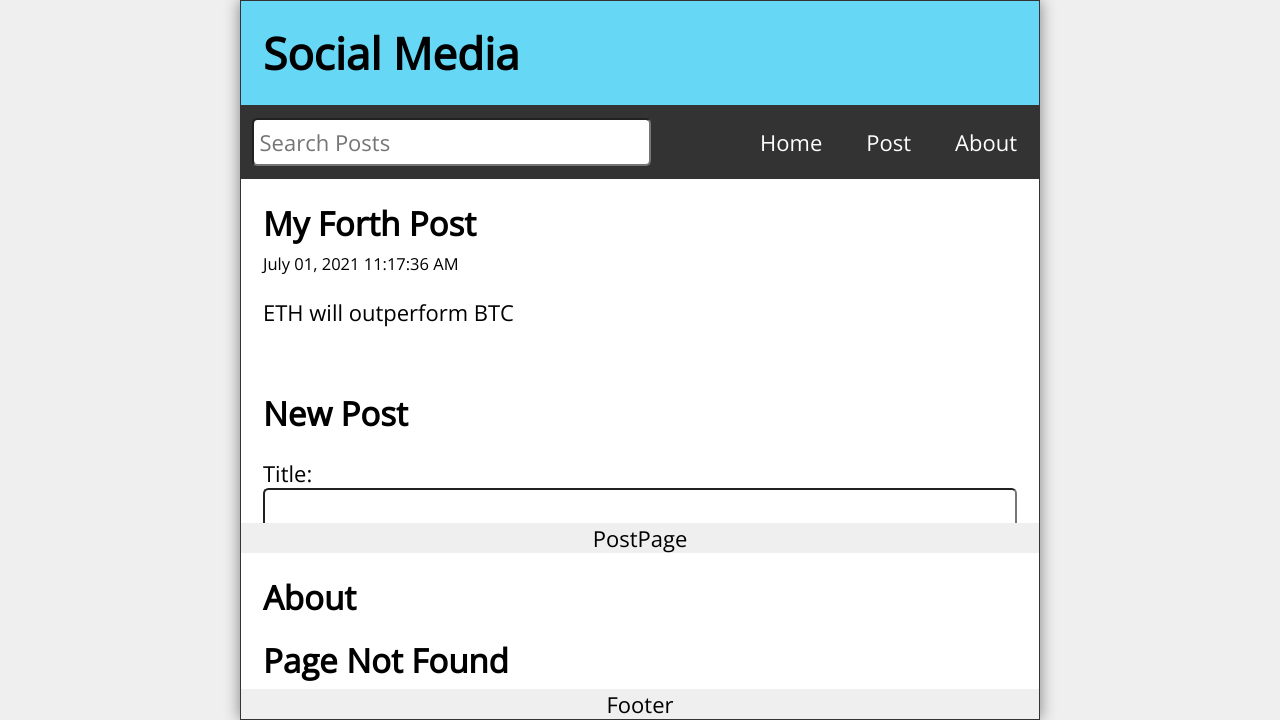
Repository: Kisho14/react_social_app_netlify
Page: /post
An editor plug-in stored every save of this project. The page is shown before and after the next save, followed by the edit.
The browser window is 1280 px wide. The pictures show the whole page.
The project was rebuilt for these pictures with package versions that can differ from the ones it lists, and the page was loaded fresh each time.

Above is the page before, as saved 2024-02-06 10:57:26.

### src/App.js
import Header from './Header.js';
import Footer from './Footer.js';
import Nav from './Nav.js';
import Home from './Home.js';
import Missing from './Missing.js';
import NewPost from './NewPost.js';
import PostPage from './PostPage.js';
import About from './About.js';
import { useEffect, useState } from 'react';
import { format } from 'date-fns';

function App() {
  const [posts, setPosts] = useState([
    {
      id: 1,
      title: "My First Post",
      datetime: "July 01, 2021 11:17:36 AM",
      body: "Made a video about Tesla Q1 results"
    },
    {
      id: 2,
      title: "My 2nd Post",
      datetime: "July 01, 2021 11:17:36 AM",
      body: "I attended a DeFi blockchain event"
    },
    {
      id: 3,
      title: "My 3rd Post",
      datetime: "July 01, 2021 11:17:36 AM",
      body: "Web3 global summit next week"
    },
    {
      id: 4,
      title: "My Forth Post",
      datetime: "July 01, 2021 11:17:36 AM",
      body: "ETH will outperform BTC"
    }
  ])
  const [search, setSearch] = useState('')
  const [searchResults, setSearchResults] = useState([])
  const [postTitle, setPostTitle] = useState('');
  const [postBody, setPostBody] = useState('');

  useEffect(()=>{
    const filteredResults = posts.filter((post)=>
    ((post.body).toLowerCase()).includes(search.toLowerCase())
    || ((post.title).toLowerCase()).includes(search.toLowerCase()));

    setSearchResults(filteredResults.reverse());
  }, [posts, search])

  const handleSubmit = (e) => {
    e.preventDefault();
    const id = posts.length ? posts[posts.length - 1].id + 1: 1;
    const datetime = format(new Date(), 'MMMM dd, yyyy pp');
    const newPost = { id, title: postTitle, datetime, body: postBody };
    const allPosts = [...posts, newPost];
    setPosts (allPosts);
    setPostTitle('');
    setPostBody('');
    // navigate('/');
  }

  return (
    <div className="App">
      <Header title="Social Media"/>
      <Nav search={search} setSearch={setSearch}/>
      <Home posts={searchResults}/>
      <NewPost
        postTitle={postTitle}
        setPostTitle={setPostTitle}
        postBody={postBody}
        setPostBody={setPostBody}
        handleSubmit={handleSubmit}
      />
      <PostPage />
      <About />
      <Missing />
      <Footer />
    </div>
  );
}

export default App;

### src/Header.js
import React from 'react'

const Header = ({title}) => {
  return (
    <header className='Header'>
        <h1>{title}</h1>
    </header>

  )
}

export default Header

### src/Nav.js
import React from 'react'
import { Link } from 'react-router-dom'

const Nav = ({search, setSearch}) => {
  return (
    <nav className='Nav'>
        <form className='searchForm' onSubmit={(e) => e.preventDefault()}>
            <label htmlFor="search">Search Posts</label>
            <input type="text"
                id='search'
                placeholder='Search Posts'
                value={search}
                onChange={(e) => setSearch(e.target.value)}
            />
        </form>
        <ul>
            <li><Link to='/'>Home</Link></li>
            <li><Link to='post'>Post</Link></li>
            <li><Link to='about'>About</Link></li>
        </ul>
    </nav>
  )
}

export default Nav

### src/Home.js
import React from 'react'
import Feed from './Feed'

const Home = ({posts}) => {
  return (
    <main className='Home'>
        {posts.length ?
        (<Feed posts={posts} />) :
        (<p style={{marginTop:'2rem'}}>No posts to display.</p>)
        }
    </main>
  )
}

export default Home

### src/Missing.js
import React from 'react'

const Missing = () => {
  return (
    <main className='Missing'>
        <h2>Page Not Found</h2>
        <p>Well, that's disappointing.</p>
        <p>
            Visit Our Homepage
        </p>
    </main>
  )
}

export default Missing

### src/NewPost.js
import React from 'react'

const NewPost = ({handleSubmit, postTitle, setPostTitle, postBody, setPostBody}) => {
  return (
    <main className='NewPost'>
        <h2>New Post</h2>
        <form className="newPostForm" onsubmit={handleSubmit}>
        <label htmlFor="postTitle">Title:</label>
        <input id="postTitle"
            type="text"
            required
            value={postTitle}
            onChange={(e) => setPostTitle(e.target.value)}
        />
        <label htmlFor="postBody">Post:</label>
        <textarea
            id="postBody"
            required
            value={postBody}
            onChange={(e) => setPostBody(e.target.value)}
        />
        <button type='submit'>Submit</button>
        </form>
    </main>
  )
}


export default NewPost

### src/About.js
import React from 'react'

const About = () => {
  return (
    <main className='About'>
        <h2>About</h2>
        <p style={{marginTop: "1rem"}}>Hi, This is a social media app.</p>
    </main>
  )
}

export default About

### src/Feed.js
import React from 'react'
import Post from './Post'

const Feed = ({posts}) => {
  return (
    <>
        {posts.map(post => (
            <Post Key={post.id} post={post} />
        ))}
    </>
  )
}

export default Feed

### src/Post.js
import React from 'react'

const Post = ({post}) => {
  return (
    <article className='post'>
        <h2>{post.title}</h2>
        <p className='postDate'>{post.datetime}</p>
        <p className='postBody'>{
            (post.body).length <= 25 ? post.body : `${(post.body).slice(0,25)}...`
        }</p>
    </article>
  )
}

export default Post

Loaded but not shown: public/index.html (common file); src/index.js (common file); src/index.css (common file); src/Footer.js (common file); src/PostPage.js (common file)

After the next save:
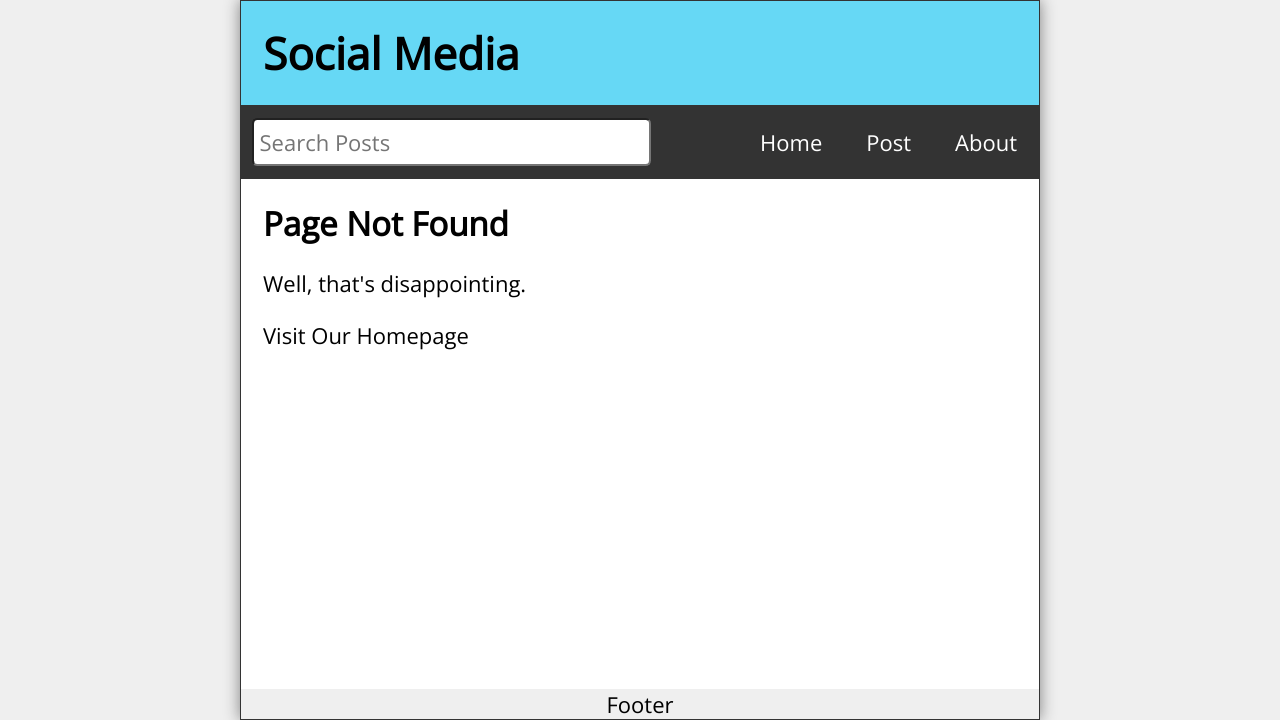
Saved 9 min 11 s later.
--- a/src/App.js
+++ b/src/App.js
@@ -8,6 +8,7 @@ import PostPage from './PostPage.js';
 import About from './About.js';
 import { useEffect, useState } from 'react';
 import { format } from 'date-fns';
+import { Route, Routes } from 'react-router-dom';
 
 function App() {
   const [posts, setPosts] = useState([
@@ -65,17 +66,19 @@ function App() {
     <div className="App">
       <Header title="Social Media"/>
       <Nav search={search} setSearch={setSearch}/>
-      <Home posts={searchResults}/>
-      <NewPost
-        postTitle={postTitle}
-        setPostTitle={setPostTitle}
-        postBody={postBody}
-        setPostBody={setPostBody}
-        handleSubmit={handleSubmit}
-      />
-      <PostPage />
-      <About />
-      <Missing />
+      <Routes>
+        <Route path='/' element={<Home posts={searchResults}/>} />
+        <Route path='/newpost' element={<NewPost
+          postTitle={postTitle}
+          setPostTitle={setPostTitle}
+          postBody={postBody}
+          setPostBody={setPostBody}
+          handleSubmit={handleSubmit}
+        />} />
+        <Route path='/about' element={<About />} />
+        <Route path='*' element={<Missing />} />
+        <Route path='/postpage' element={<PostPage />} />
+      </Routes>
       <Footer />
     </div>
   );
